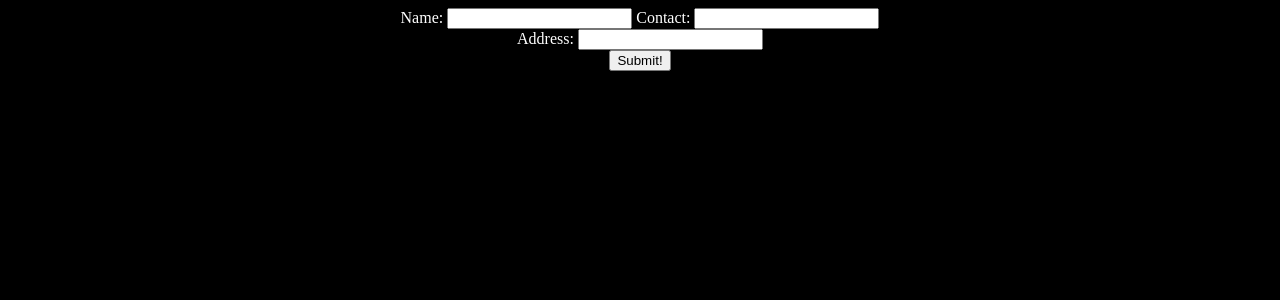
Repository: kushagraBhargava16/AllProjects
Page: http://localhost/CRUDByJSP/
An editor plug-in stored every save of this project. The page is shown before and after the next save, followed by the edit.
The browser window is 1280 px wide. The pictures show the whole page.
The page is served by Tomcat 9. Other server files are loaded and not shown.

Above is the page before, as saved 2015-11-30 10:48:39.

### CURDWORKSPACE/CRUDByJSP/WebContent/index.jsp
<%@ page language="java" contentType="text/html; charset=ISO-8859-1"
	pageEncoding="ISO-8859-1"%>
<!DOCTYPE html PUBLIC "-//W3C//DTD HTML 4.01 Transitional//EN" "http://www.w3.org/TR/html4/loose.dtd">
<html>
<head>
<meta http-equiv="Content-Type" content="text/html; charset=ISO-8859-1">
<title>Insert title here</title>
</head>
<body style="background-color: black; color: white;">
	<center>
		<form method="post" action="EmployeeServlet">
			<table>
				<tr>

					Name:
					<input type="text" name="name">
				</tr>
				<tr></tr>
				Contact:
				<input type="text" name="contact">
				<br /> Address:
				<input type="text" name="address">
				<br />
				<input type="submit" value="Submit!">
			</table>
		</form>
	</center>
</body>
</html>

After the next save:
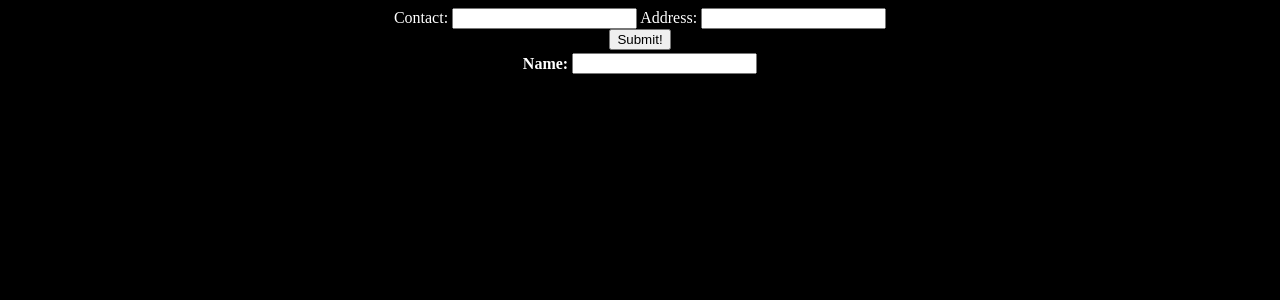
Saved 91 s later.
--- a/CURDWORKSPACE/CRUDByJSP/WebContent/index.jsp
+++ b/CURDWORKSPACE/CRUDByJSP/WebContent/index.jsp
@@ -12,13 +12,17 @@
 			<table>
 				<tr>
 
-					Name:
+<th>					Name:</th>
+<td>
 					<input type="text" name="name">
+</td>
 				</tr>
-				<tr></tr>
+				<tr>
 				Contact:
 				<input type="text" name="contact">
-				<br /> Address:
+				</tr>
+
+ Address:
 				<input type="text" name="address">
 				<br />
 				<input type="submit" value="Submit!">
